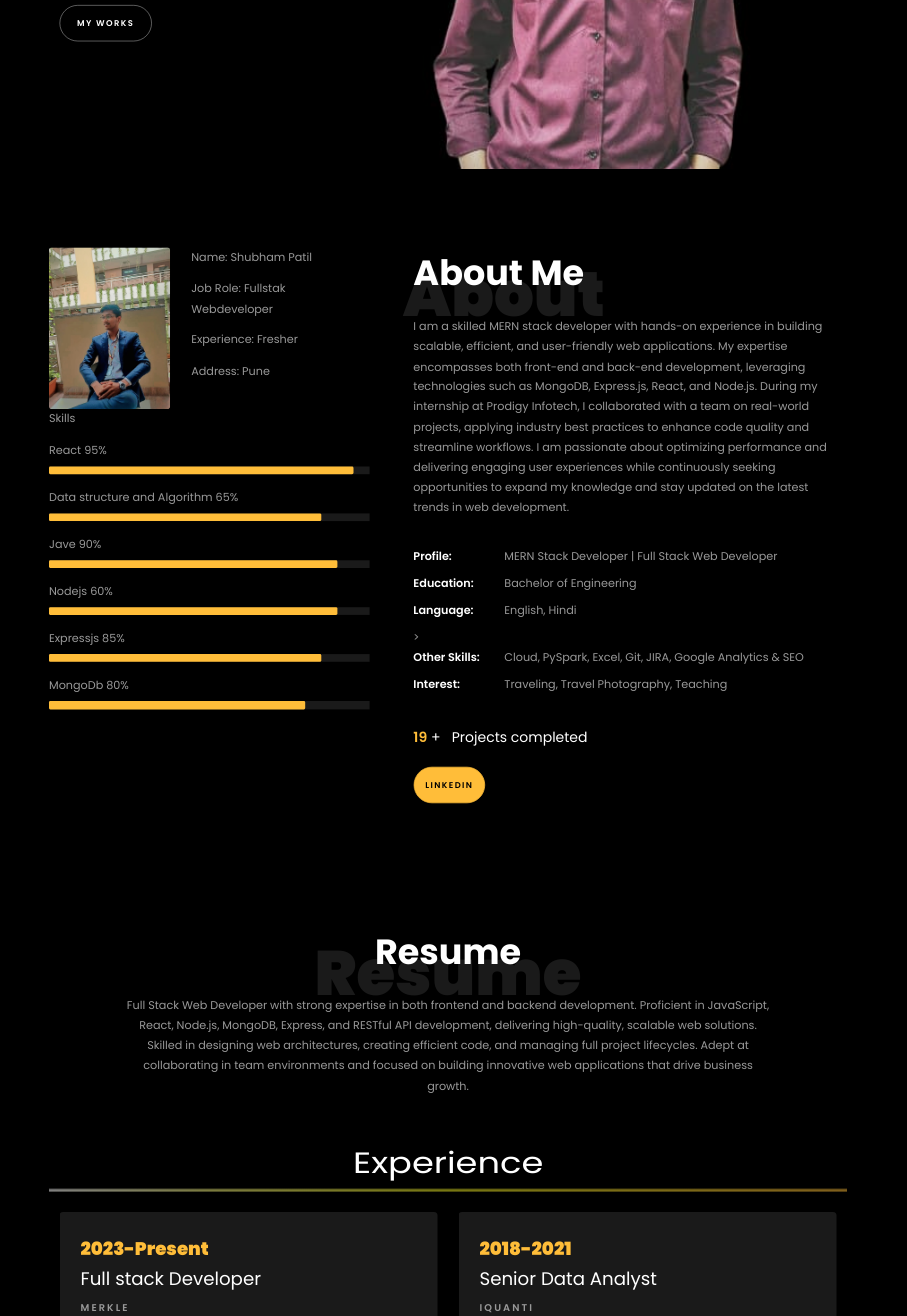
Repository: abp197/portfolio-website
Page: index.html
An editor plug-in stored every save of this project. The page is shown before and after the next save, followed by the edit.
The browser window is 1280 px wide. The page is 1295 px wide, so the pictures cover 1295 px, including what lies to the right of the window. The pictures show the part of the page from y = 508 to 2388 px (the page is 6538 px tall), at 70% of full size.

Above is the page before, as saved 2024-10-16 00:57:14.
Console error (its wording comes from the project's code and is left out).

After the next save:
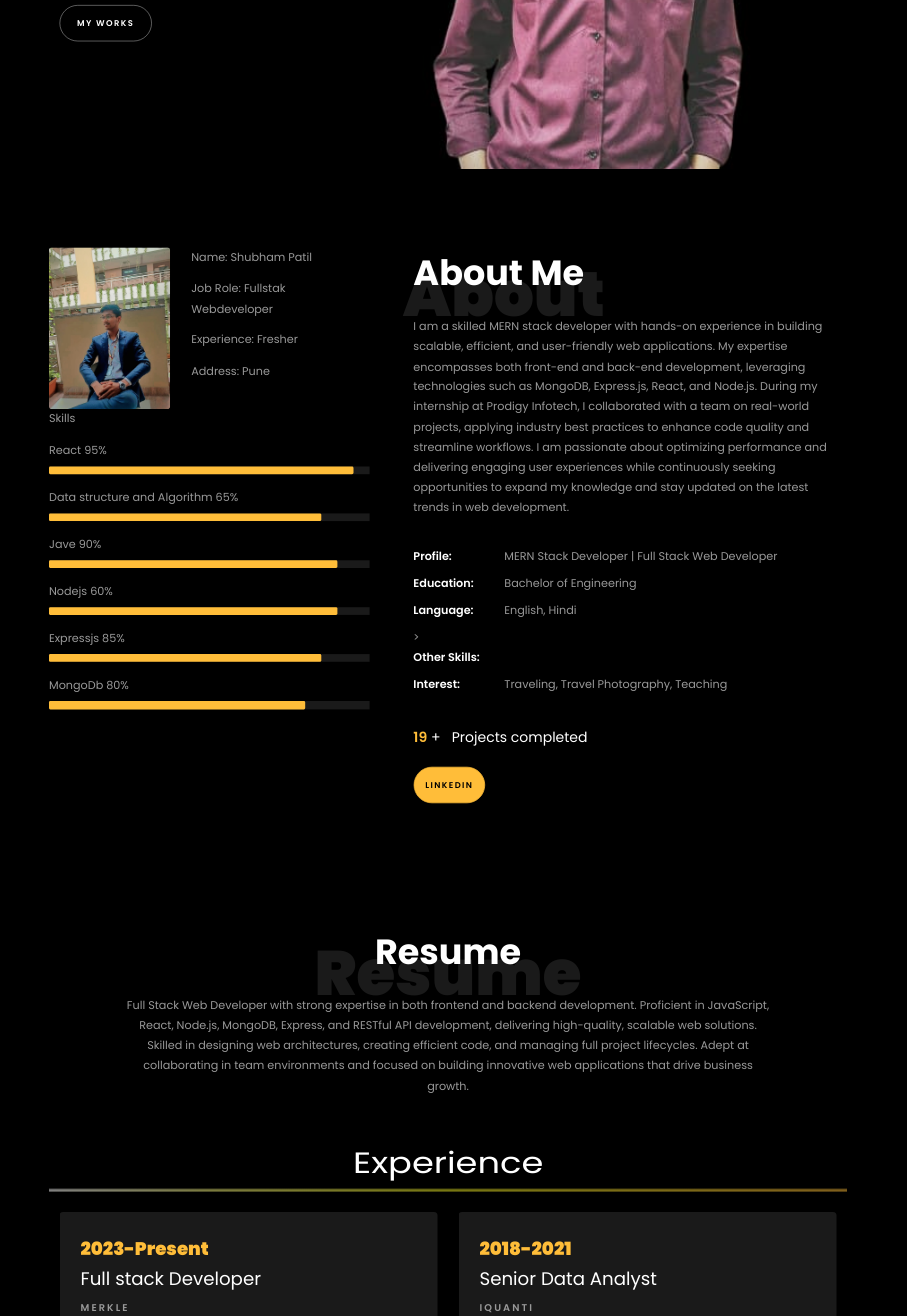
Saved 13 s later.
--- a/index.html
+++ b/index.html
@@ -293,8 +293,7 @@
 									<li class="d-flex"><span>Education:</span> <span>Bachelor of Engineering</span></li>
 									<li class="d-flex"><span>Language:</span> <span>English, Hindi</span></li>
 									>
-									<li class="d-flex"><span>Other Skills:</span> <span>Cloud, PySpark, Excel, Git,
-											JIRA, Google Analytics &amp; SEO</span></li>
+									<li class="d-flex"><span>Other Skills:</span> <span></span></li>
 									<li class="d-flex"><span>Interest:</span> <span>Traveling, Travel Photography,
 											Teaching</span></li>
 
